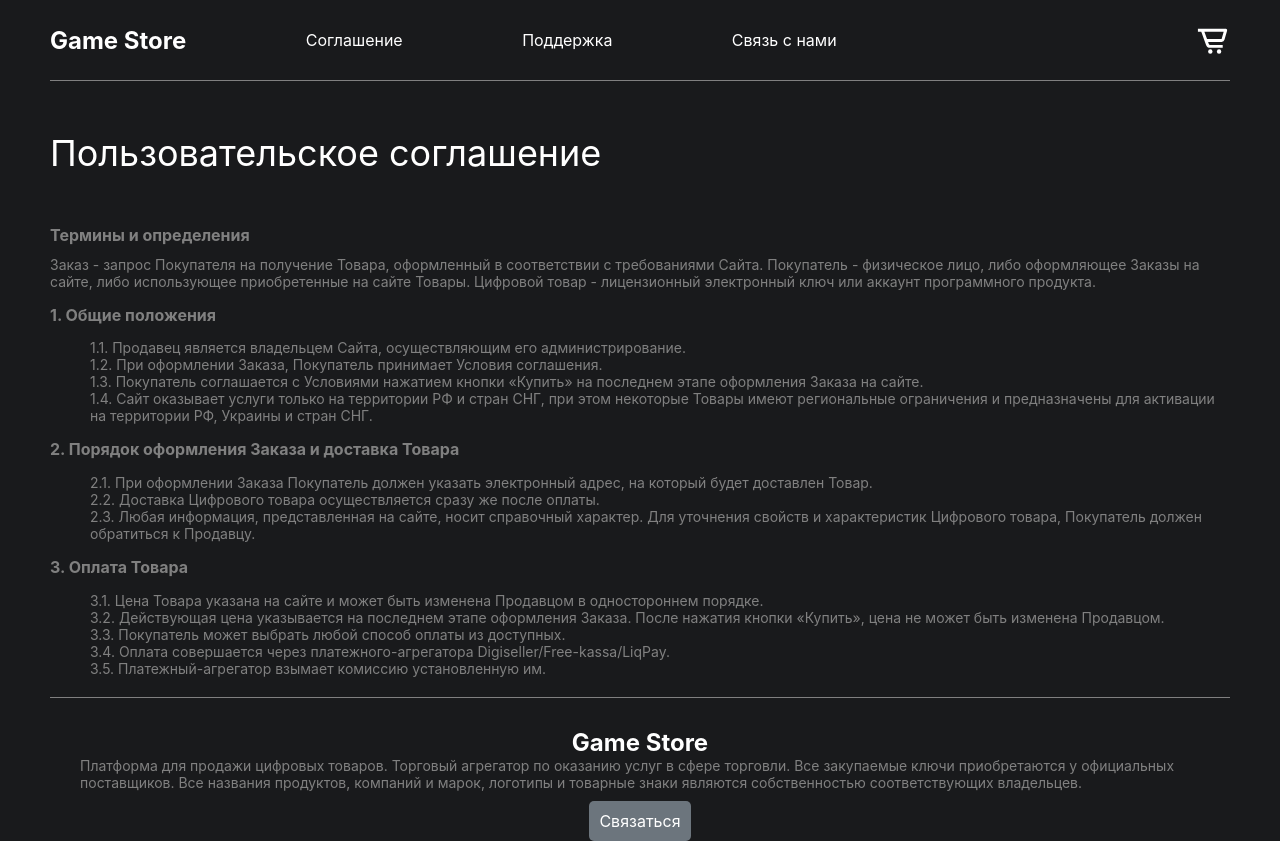
Repository: Minkeani/GameStore
Page: /agreement
An editor plug-in stored every save of this project. The page is shown before and after the next save, followed by the edit.
The browser window is 1280 px wide. The pictures show the whole page.
The pointer rests on the first visible `.wrapper__footer div a`.
The project was rebuilt for these pictures with package versions that can differ from the ones it lists, and the page was loaded fresh each time. Also part of the build but not shown: src/components/ItemsInCart/ItemsInCart.css, src/components/ItemsInCart/ItemsInCart.jsx, src/components/CartMenu/CartMenu.css, src/components/Btn/Btn.css, src/components/Btn/Btn.jsx, src/components/CartItem/CartItem.css, src/components/CartItem/CartItem.jsx, src/components/utils/utils.js and 17 more.

Above is the page before, as saved 2022-09-11 11:14:09.

### src/index.js
import React from 'react';
import ReactDOM from 'react-dom/client';
import './index.css';
import App from './App';
import reportWebVitals from './reportWebVitals';

const root = ReactDOM.createRoot(document.getElementById('root'));
root.render(
    <App />
);

### src/index.css
body {
  margin: 0;
  font-family: -apple-system, BlinkMacSystemFont, 'Segoe UI', 'Roboto', 'Oxygen',
    'Ubuntu', 'Cantarell', 'Fira Sans', 'Droid Sans', 'Helvetica Neue',
    sans-serif;
  -webkit-font-smoothing: antialiased;
  -moz-osx-font-smoothing: grayscale;
    background-color: rgb(25, 26, 28);
}

code {
  font-family: source-code-pro, Menlo, Monaco, Consolas, 'Courier New',
    monospace;
}

.App {
  max-width: 1180px;;
  margin: 0 auto;
  padding: 0 40px;
  color: white;
}

a {
  color: white;
  text-decoration: none;
}

.secondary-text {
  color: rgb(80, 82, 84);
}

### src/App.js
import { BrowserRouter, Routes, Route } from "react-router-dom";
import Header from "./components/Header/Header";
import { Provider } from "react-redux";
import GamePage from "./components/GamePage/GamePage";
import OrderPage from "./components/OrderPage/OrderPage";
import HomePage from "./pages/HomePage/HomePage";
import {store} from './redux'
import Agreement from "./components/Agreement/Agreement";
import Footer from "./components/Footer/Footer";


function App() {
  return (
    <Provider store={store}>
    <BrowserRouter>
      <div className="App">
        <Header />
        <Routes>
          <Route path="/" element={<HomePage />} />
          <Route path="/app/:title" element={<GamePage />} />
          <Route path="/order" element={<OrderPage />} />
          <Route path="/agreement" element={<Agreement />} />
        </Routes>
        <Footer/>
      </div>
    </BrowserRouter>
    </Provider>
  );
}

export default App;

### src/components/Header/Header.js
import React from 'react'
import { Link } from 'react-router-dom'
import CartBlock from '../CartBlock/CartBlock'
import './Header.css'

export default function Header() {
  return (
    <div className="header">
      <div className="wrapper">
            <Link to='/' className='header__store-title'>Game Store</Link>
            <Link to='/Agreement'>Соглашение</Link>
            <Link to='/'>Поддержка</Link>
            <a to='/'>Связь с нами</a>

      </div>
      <div className="wrapper header__cart-btn-wrapper">
        <CartBlock/>
      </div>
    </div>
  )
}

### src/redux/index.js
import { configureStore } from '@reduxjs/toolkit';
import gamesReducer from './games/gamesReducer';
import reducerCart from './cart/reducerCart';

export const store = configureStore({
    reducer: {
        games: gamesReducer,
        cart: reducerCart
    }
  })

### src/components/Agreement/Agreement.jsx
import React from "react";
import Title from "../Ui/Title/Title";
import BigTitle from "../Ui/BigTitle/BigTitle";
import P from "../Ui/P/P";
import "./Agreement.css";

const Agreement = () => {
  return (
    <div>
      <BigTitle>Пользовательское соглашение</BigTitle>
      <Title>Термины и определения</Title>
      <P>
        Заказ - запрос Покупателя на получение Товара, оформленный в
        соответствии с требованиями Сайта. Покупатель - физическое лицо, либо
        оформляющее Заказы на сайте, либо использующее приобретенные на сайте
        Товары. Цифровой товар - лицензионный электронный ключ или аккаунт
        программного продукта.
      </P>
      <Title>1. Общие положения</Title>
      <P>
        <ul className="list">
          <li>
            1.1. Продавец является владельцем Сайта, осуществляющим его
            администрирование.
          </li>
          <li>
            1.2. При оформлении Заказа, Покупатель принимает Условия соглашения.
          </li>
          <li>
            1.3. Покупатель соглашается с Условиями нажатием кнопки «Купить» на
            последнем этапе оформления Заказа на сайте.
          </li>
          <li>
            1.4. Сайт оказывает услуги только на территории РФ и стран СНГ, при
            этом некоторые Товары имеют региональные ограничения и предназначены
            для активации на территории РФ, Украины и стран СНГ.
          </li>
        </ul>
      </P>
      <Title>2. Порядок оформления Заказа и доставка Товара</Title>
      <P>
        <ul className="list">
          <li>
            2.1. При оформлении Заказа Покупатель должен указать электронный
            адрес, на который будет доставлен Товар.
          </li>
          <li>
            2.2. Доставка Цифрового товара осуществляется сразу же после оплаты.
          </li>
          <li>
            2.3. Любая информация, представленная на сайте, носит справочный
            характер. Для уточнения свойств и характеристик Цифрового товара,
            Покупатель должен обратиться к Продавцу.
          </li>
          <li></li>
        </ul>
      </P>
      <Title>3. Оплата Товара</Title>
      <P>
        <ul className="list">
          <li>
            3.1. Цена Товара указана на сайте и может быть изменена Продавцом в
            одностороннем порядке.
          </li>
          <li>
            3.2. Действующая цена указывается на последнем этапе оформления
            Заказа. После нажатия кнопки «Купить», цена не может быть изменена
            Продавцом.
          </li>
          <li>
            3.3. Покупатель может выбрать любой способ оплаты из доступных.
          </li>
          <li>
            3.4. Оплата совершается через платежного-агрегатора
            Digiseller/Free-kassa/LiqPay.
          </li>
          <li>3.5. Платежный-агрегатор взымает комиссию установленную им.</li>
        </ul>
      </P>
    </div>
  );
};

export default Agreement;

### src/components/Footer/Footer.jsx
import React from "react";
import "./Footer.css";
import { Link } from "react-router-dom";
import P from "../Ui/P/P";

const Footer = () => {
  return (
    <div className="footer">
      <div className="wrapper__footer">
        <Link to="/" className="header__store-title">
          Game Store
        </Link>

        <div>
          <P>
            Платформа для продажи цифровых товаров. Торговый агрегатор по
            оказанию услуг в сфере торговли. Все закупаемые ключи приобретаются
            у официальных поставщиков. Все названия продуктов, компаний и марок,
            логотипы и товарные знаки являются собственностью соответствующих
            владельцев.
          </P>
          <a href="https://linktr.ee/minkeani" target='blank'>Связаться</a>
        </div>
      </div>
    </div>
  );
};

export default Footer;

### src/components/CartBlock/CartBlock.jsx
import React, { useState, useCallback } from "react";
import "./CartBlock.css";
import { useSelector } from "react-redux";
import { BiCartAlt } from "react-icons/bi";
import ItemsInCart from "../ItemsInCart/ItemsInCart";
import CartMenu from "../CartMenu/CartMenu";
import { useNavigate } from "react-router-dom";

export default function CartBlock() {
  const items = useSelector((state) => state.cart.itemsInCart);
  const totalPrice = items.reduce((acc, game) => (acc += game.price), 0);
  const [isCartMenuVisible, setCartMenuVisible] = useState(false)

  const navigate = useNavigate()

  const handleClick = useCallback(() => {
    setCartMenuVisible(false)
    navigate('/order')
  }, [navigate])

  return (
    <div className="cart-block">
      <ItemsInCart quantity={items.length}/>
      <BiCartAlt size={35} className="cart-icon" onClick={() => setCartMenuVisible(!isCartMenuVisible)} />
      {totalPrice > 0 ? (
        <span className="total-price">{totalPrice} руб</span>
      ) : null}

     {isCartMenuVisible ? <CartMenu items={items} onClick={handleClick} /> : ''}
    </div>
  );
}

### src/components/Header/Header.css
.header {
    height: 80px;
    display: flex;
    align-items: center;
    justify-content: space-between;
    margin-bottom: 30px;
    border-bottom: 1px solid gray
}

.wrapper {
    display: flex;
    flex-grow: 1;
    align-items: center;
    justify-content: space-between;

}

.wrapper a{

}

.header__store-title {
    color: white;
    text-decoration: none;
    font-size: 24px;
    font-weight: bold;
}

.header__cart-btn-wrapper {
    justify-content: flex-end;
}

### src/redux/games/gamesReducer.js
import { createSlice } from '@reduxjs/toolkit'

const gamesSlice = createSlice({
  name: 'games',
  initialState: {
    currentGame: null
  },
  reducers: {
    setCurrentGame: (state, action) => {
      state.currentGame = action.payload
    },
  }
});

export const { setCurrentGame } = gamesSlice.actions;
export default gamesSlice.reducer;

### src/redux/cart/reducerCart.js
import { createSlice } from "@reduxjs/toolkit";

const cartSlice = createSlice({
    name: 'cart',
    initialState: {
        itemsInCart: []
    },
    reducers: {
        setItemInCart: (state, action) => {
            state.itemsInCart.push(action.payload)
    },
        deleteItemFromCart: (state, action) => {
        state.itemsInCart = state.itemsInCart.filter(game => game.id !== action.payload)
    }
}
});

export const {setItemInCart, deleteItemFromCart} = cartSlice.actions;
export default cartSlice.reducer;

### src/components/Ui/Title/Title.jsx
import React from 'react';
import './Title.css'

const Title = ({children}) => {
    return (
        <div className='Title'>
            {children}
        </div>
    );
}

export default Title;

### src/components/Ui/BigTitle/BigTitle.jsx
import React from 'react';
import './BigTitle.css'

const BigTitle = ({children}) => {
    return (
        <h2 className='BigTitle'>
            {children}
        </h2>
    );
}

export default BigTitle;

### src/components/Ui/P/P.jsx
import React from 'react';
import './P.css'

const P = ({children}) => {
    return (
        <div className='paragraph'>
            {children}
        </div>
    );
}

export default P;

### src/components/Agreement/Agreement.css
.list li{
    list-style-type: none
}

### src/components/Footer/Footer.css
.footer {
    height: 80px;
    padding: 10px;
    margin-bottom: 30px;
    margin-top: 20px;
    border-top: 1px solid gray
}

.wrapper__footer {
    display: flex;
    margin: 20px;
    flex-grow: 1;
    flex-direction: column;
    align-items: center;
    justify-content: space-between;
}

.wrapper__footer div {
    display: flex;
    align-items: center;
    justify-content: center;
    flex-direction: column
}
.wrapper__footer div a{
    color: #ffffff;
    background-color: #6c757d;
    border: none;
    padding: 10px;
    border-radius: 5px;
}

.wrapper__footer div a:hover{
    color: #ffffff;
    background-color: #6c757d;
}

### src/components/CartBlock/CartBlock.css
.cart-block {
    display: flex;
    align-items: center;
    position: relative;
}

.total-price {
    margin-left: 15px;
    font-size: 18px;
    font-weight: bold;
}

.cart-icon {
    cursor: pointer;
    position: relative;
}

### src/components/Ui/Title/Title.css
.Title {
    color: gray;
    font-weight: 700;
    line-height: 1.3;
    margin: 15px 0 10px;
}

### src/components/Ui/BigTitle/BigTitle.css
.BigTitle {
    font-size: 36px;
    font-weight: 400;
    color: #fff;
    padding: 20px 0;
}

### src/components/Ui/P/P.css
.paragraph {
    margin-bottom: 10px;
    color: gray;
    font-size: 14px;
    font-weight: 400;
    font-style: normal;
}

Loaded but not shown: public/index.html (common file); src/reportWebVitals.js (common file); public/manifest.json (common file)

After the next save:
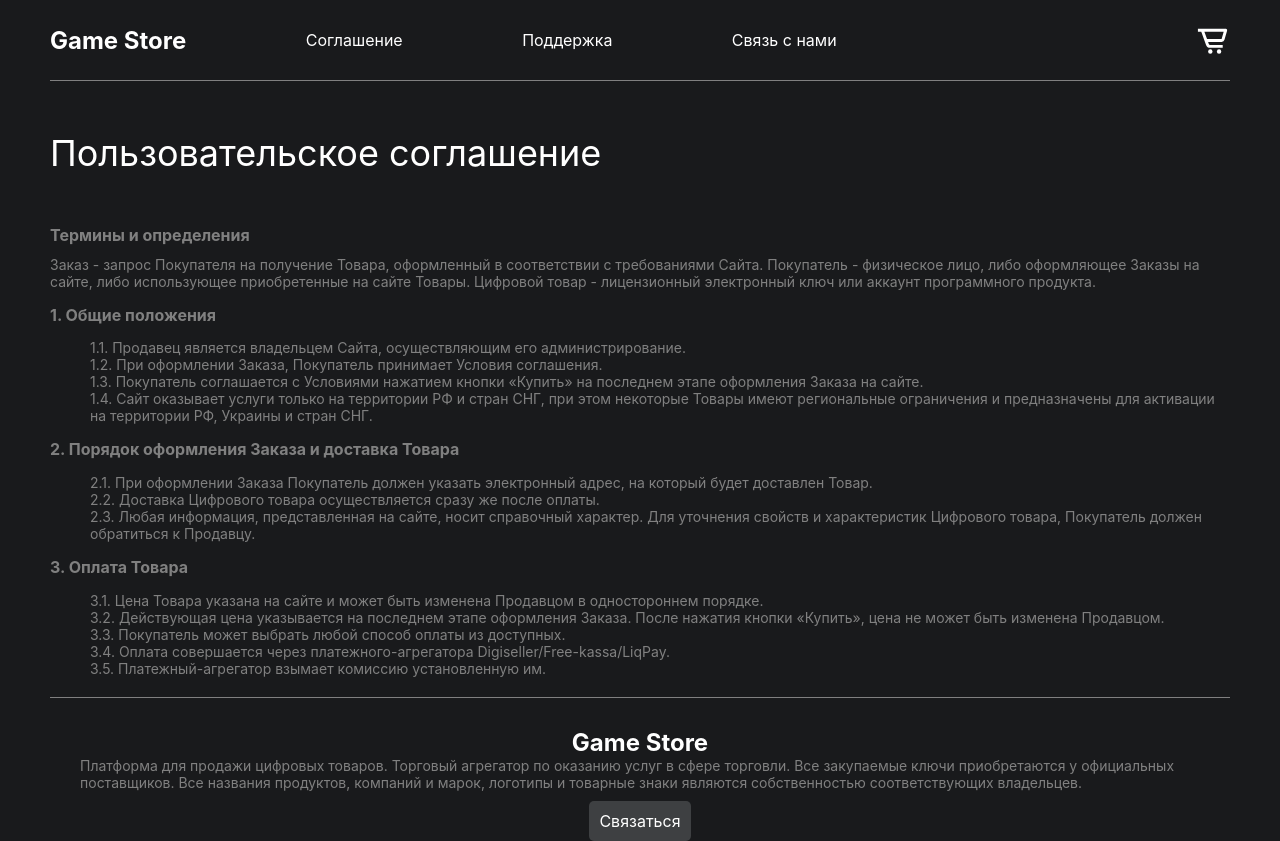
Saved 20 s later.
--- a/src/components/Footer/Footer.css
+++ b/src/components/Footer/Footer.css
@@ -31,5 +31,5 @@
 
 .wrapper__footer div a:hover{
     color: #ffffff;
-    background-color: #6c757d;
+    background-color:  #3e4042;
 }
